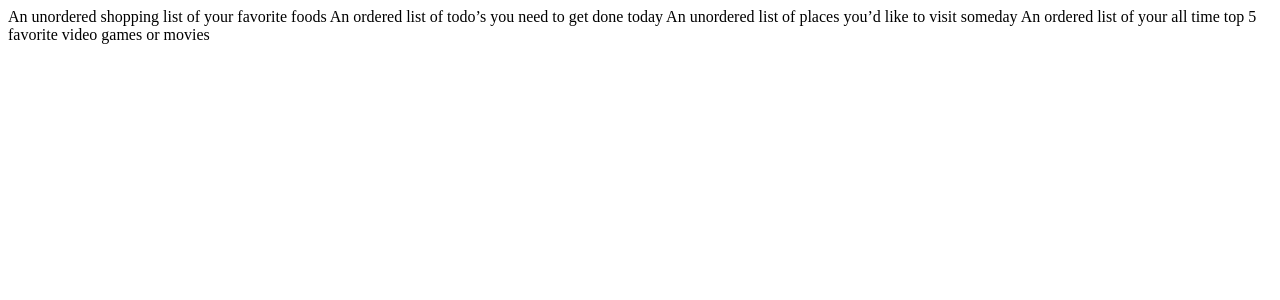
Repository: nashthecoder/code4days
Page: shopping_list/index.html
These files come from the project's save history. The page is drawn as it stood at one moment and after a run of saves; the edit follows.
The browser window is 1280 px wide. The pictures show the whole page.

Above is the page before, as saved 2023-03-16 15:14:42.

### shopping_list/index.html

An unordered shopping list of your favorite foods
An ordered list of todo’s you need to get done today
An unordered list of places you’d like to visit someday
An ordered list of your all time top 5 favorite video games or movies

After the next 3 saves:
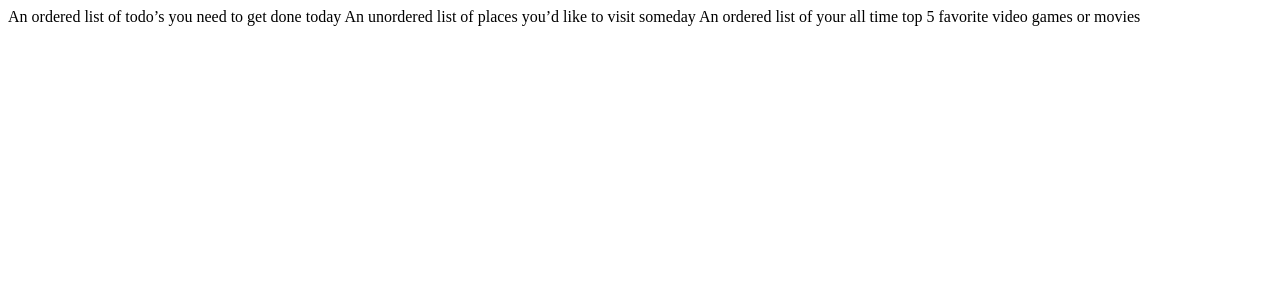
The 3 saves are shown as one change because they came seconds apart.
The last was saved 9 s later.
--- a/shopping_list/index.html
+++ b/shopping_list/index.html
@@ -1,5 +1,5 @@
 
-An unordered shopping list of your favorite foods
+<!-- An unordered shopping list of your favorite foods -->
 An ordered list of todo’s you need to get done today
 An unordered list of places you’d like to visit someday
 An ordered list of your all time top 5 favorite video games or movies
